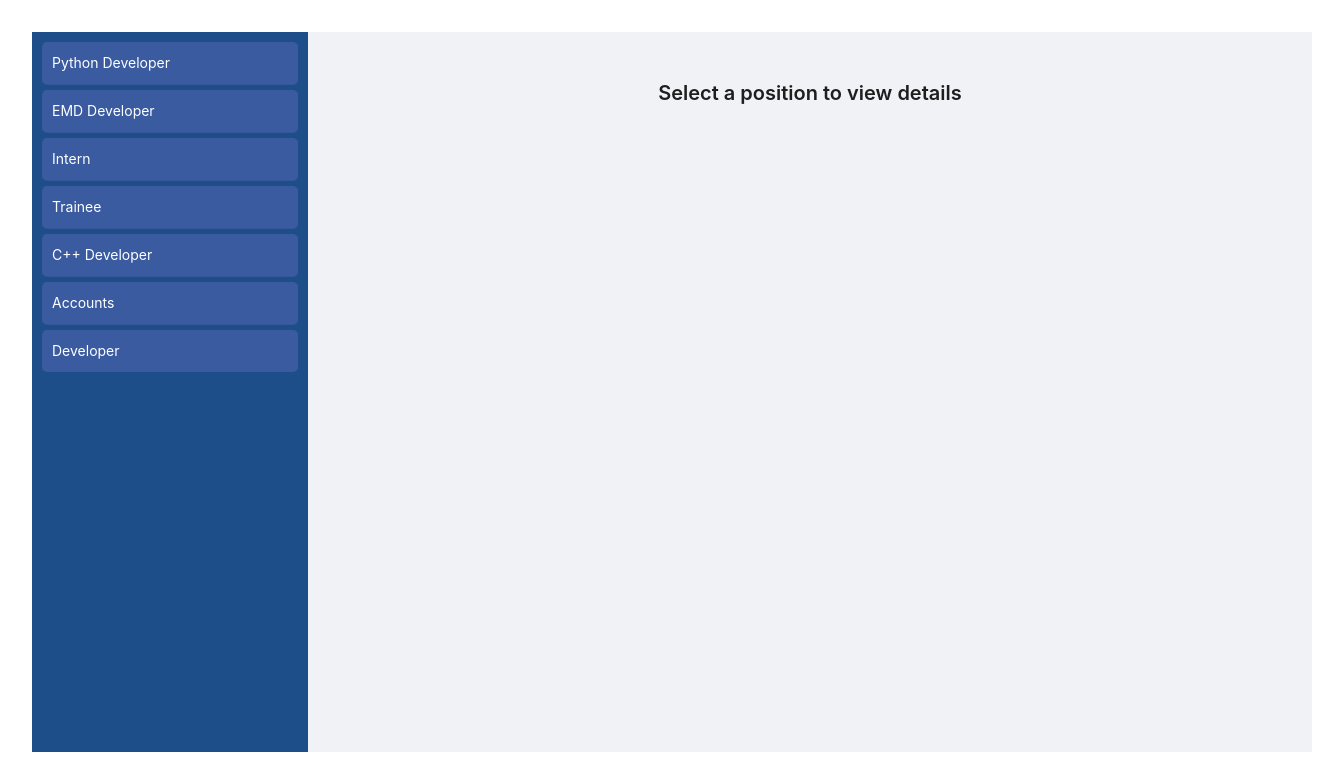
Repository: Moqueed/Delta_Iot
Page: /admin-dashboard/active-positions (app in client/)
These files come from the project's save history. The page is drawn as it stood at one moment and after the next save; the edit follows.
The browser window is 1280 px wide. The page is 1344 px wide, so the pictures cover 1344 px, including what lies to the right of the window. The pictures show the whole page.
The page's requests for data from a server got no answer. The project was rebuilt for these pictures with package versions that can differ from the ones it lists, and the page was loaded fresh each time. No one was signed in, and anything a server would have sent is missing. Also part of the build but not shown: client/vite.config.js, client/src/api/users.js, client/src/pages/Register/index.jsx, client/src/pages/Login/index.jsx, client/src/components/ProtectedRoute.jsx, client/src/pages/HR/HRDashboard.jsx, client/src/pages/Admin/AdminDashboard.jsx, client/src/pages/HR/TotalDataPage.jsx.

Above is the page before, as saved 2025-03-14 15:46:39.

### client/src/pages/Admin/ActivePositions.jsx
import React, { useEffect, useState } from "react";
import { deletePosition, fetchPositions } from "../../api/activePositions";
import { Button, Input, Typography, List, Select, Row, Col } from "antd";

const { Title } = Typography;
const { Option } = Select;

const ActivePositions = () => {
  const [positions, setPositions] = useState([
    { job_id: 1, position: "Python Developer" },
    { job_id: 2, position: "EMD Developer" },
    { job_id: 3, position: "Intern" },
    { job_id: 4, position: "Trainee" },
    { job_id: 5, position: "C++ Developer" },
    { job_id: 6, position: "Accounts" },
    { job_id: 7, position: "Developer" },
  ]);
  const [selectedPosition, setSelectedPosition] = useState(null);

  const handleDelete = async (id) => {
    try {
      await deletePosition(id);
      setPositions(positions.filter((pos) => pos.job_id !== id));
      setSelectedPosition(null);
    } catch (error) {
      console.error("Error deleting position", error);
    }
  };

  return (
    <div style={{ display: "flex", height: "100vh", width: "100vw" }}>
      {/* Left side: Positions list */}
      <div style={{ width: "20%", backgroundColor: "#1D4E89", padding: "10px" }}>
        <List
          dataSource={positions}
          renderItem={(item) => (
            <List.Item
              style={{
                backgroundColor: selectedPosition === item ? "#ffffff" : "#3a5ba0",
                color: selectedPosition === item ? "#000" : "#ffffff",
                padding: "10px",
                cursor: "pointer",
                marginBottom: "5px",
                borderRadius: "5px",
              }}
              onClick={() => setSelectedPosition(item)}
            >
              {item.position}
            </List.Item>
          )}
        />
      </div>

      {/* Right side: Position details form */}
      <div style={{ flex: 1, padding: "20px", backgroundColor: "#f0f2f5" }}>
        {selectedPosition ? (
          <>
            <Title level={3}>Position Details</Title>
            <Input addonBefore="Job ID" value={selectedPosition.job_id} disabled style={{ marginBottom: "10px" }} />
            <Input addonBefore="Position" value={selectedPosition.position} style={{ marginBottom: "10px" }} />
            <Row gutter={8} style={{ marginBottom: "10px" }}>
              <Col span={8}>
                <Input addonBefore="Department" value={selectedPosition.department} readOnly style={{ textAlign: "right" }} />
              </Col>
              <Col span={16}>
                <Select
                  style={{ width: "100%" }}
                  value={selectedPosition.department}
                  onChange={(value) => setSelectedPosition({ ...selectedPosition, department: value })}
                >
                  <Option value="IT">IT</Option>
                  <Option value="EMDB">EMDB</Option>
                  <Option value="HIGH">HIGH</Option>
                  <Option value="Financial">Financial</Option>
                  <Option value="Python">Python</Option>
                </Select>
              </Col>
            </Row>
            <Row gutter={8} style={{ marginBottom: "10px" }}>
              <Col span={8}>
                <Input addonBefore="Vacancy" value={selectedPosition.vacancy} readOnly style={{ textAlign: "right" }} />
              </Col>
              <Col span={16}>
                <Select
                  style={{ width: "100%" }}
                  value={selectedPosition.vacancy}
                  onChange={(value) => setSelectedPosition({ ...selectedPosition, vacancy: value })}
                >
                  {[...Array(100).keys()].map((num) => (
                    <Option key={num + 1} value={num + 1}>{num + 1}</Option>
                  ))}
                </Select>
              </Col>
            </Row>
            <Input addonBefore="Skills" value={selectedPosition.skills} style={{ marginBottom: "10px" }} />
            <Row gutter={8} style={{ marginBottom: "10px" }}>
              <Col span={8}>
                <Input addonBefore="Min Experience" style={{ textAlign: "right" }} />
              </Col>
              <Col span={16}>
                <Select
                  style={{ width: "100%" }}
                  value={selectedPosition.minimum_experience}
                  onChange={(value) => setSelectedPosition({ ...selectedPosition, minimum_experience: value })}
                >
                  {[...Array(11).keys()].map((num) => (
                    <Option key={num} value={num}>{num} years</Option>
                  ))}
                </Select>
              </Col>
            </Row>
            <Row gutter={8} style={{ marginBottom: "10px" }}>
              <Col span={8}>
                <Input addonBefore="Max Experience" style={{ textAlign: "right" }} />
              </Col>
              <Col span={16}>
                <Select
                  style={{ width: "100%" }}
                  value={selectedPosition.maximum_experience}
                  onChange={(value) => setSelectedPosition({ ...selectedPosition, maximum_experience: value })}
                >
                  {[...Array(11).keys()].map((num) => (
                    <Option key={num} value={num}>{num} years</Option>
                  ))}
                </Select>
              </Col>
            </Row>
            <Button type="primary" danger onClick={() => handleDelete(selectedPosition.job_id)} style={{ marginTop: "10px" }}>
              Delete
            </Button>
          </>
        ) : (
          <Title level={4}>Select a position to view details</Title>
        )}
      </div>
    </div>
  );
};

export default ActivePositions;

Loaded but not shown: client/index.html (common file); client/src/main.jsx (common file); client/src/index.css (common file); client/src/App.css (common file); client/src/api/activePositions.js (45 lines, source omitted); client/src/api/index.js (19 lines, source omitted); client/src/App.jsx (41 lines, source omitted)

After the next save:
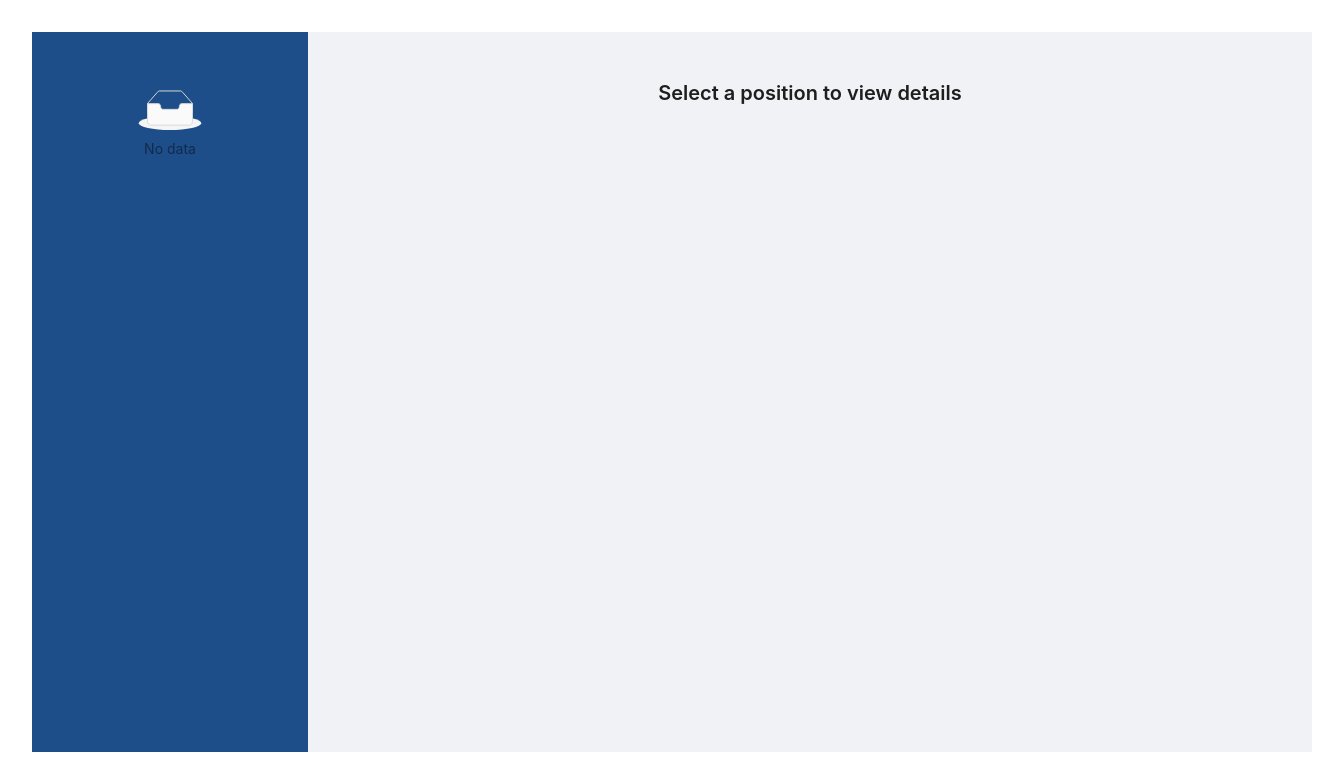
Saved 4 min 30 s later.
--- a/client/src/pages/Admin/ActivePositions.jsx
+++ b/client/src/pages/Admin/ActivePositions.jsx
@@ -1,31 +1,61 @@
 import React, { useEffect, useState } from "react";
-import { deletePosition, fetchPositions } from "../../api/activePositions";
-import { Button, Input, Typography, List, Select, Row, Col } from "antd";
+import { fetchPositions, deletePosition, updatePosition } from "../../api/activePositions";
+import { Button, Input, Typography, List, Select, Row, Col, message, Spin } from "antd";
 
 const { Title } = Typography;
 const { Option } = Select;
 
 const ActivePositions = () => {
-  const [positions, setPositions] = useState([
-    { job_id: 1, position: "Python Developer" },
-    { job_id: 2, position: "EMD Developer" },
-    { job_id: 3, position: "Intern" },
-    { job_id: 4, position: "Trainee" },
-    { job_id: 5, position: "C++ Developer" },
-    { job_id: 6, position: "Accounts" },
-    { job_id: 7, position: "Developer" },
-  ]);
+  const [positions, setPositions] = useState([]);
   const [selectedPosition, setSelectedPosition] = useState(null);
+  const [loading, setLoading] = useState(true);
+  const [saving, setSaving] = useState(false);
 
+  // Fetch positions from the backend
+  useEffect(() => {
+    const loadPositions = async () => {
+      try {
+        const data = await fetchPositions();
+        setPositions(data);
+      } catch (error) {
+        message.error("Failed to load positions.");
+      } finally {
+        setLoading(false);
+      }
+    };
+    loadPositions();
+  }, []);
+
+  // Handle position deletion
   const handleDelete = async (id) => {
     try {
       await deletePosition(id);
       setPositions(positions.filter((pos) => pos.job_id !== id));
       setSelectedPosition(null);
+      message.success("Position deleted successfully!");
     } catch (error) {
-      console.error("Error deleting position", error);
+      message.error("Error deleting position");
     }
   };
+
+  // Handle position update
+  const handleSave = async () => {
+    if (!selectedPosition) return;
+
+    setSaving(true);
+    try {
+      await updatePosition(selectedPosition.job_id, selectedPosition);
+      const updatedList = positions.map((pos) => (pos.job_id === selectedPosition.job_id ? selectedPosition : pos));
+      setPositions(updatedList);
+      message.success("Position updated successfully!");
+    } catch (error) {
+      message.error("Error updating position");
+    } finally {
+      setSaving(false);
+    }
+  };
+
+  if (loading) return <Spin tip="Loading positions..." style={{ width: "100%", marginTop: "20%" }} />;
 
   return (
     <div style={{ display: "flex", height: "100vh", width: "100vw" }}>
@@ -36,8 +66,8 @@
           renderItem={(item) => (
             <List.Item
               style={{
-                backgroundColor: selectedPosition === item ? "#ffffff" : "#3a5ba0",
-                color: selectedPosition === item ? "#000" : "#ffffff",
+                backgroundColor: selectedPosition?.job_id === item.job_id ? "#ffffff" : "#3a5ba0",
+                color: selectedPosition?.job_id === item.job_id ? "#000" : "#ffffff",
                 padding: "10px",
                 cursor: "pointer",
                 marginBottom: "5px",
@@ -57,7 +87,12 @@
           <>
             <Title level={3}>Position Details</Title>
             <Input addonBefore="Job ID" value={selectedPosition.job_id} disabled style={{ marginBottom: "10px" }} />
-            <Input addonBefore="Position" value={selectedPosition.position} style={{ marginBottom: "10px" }} />
+            <Input
+              addonBefore="Position"
+              value={selectedPosition.position}
+              onChange={(e) => setSelectedPosition({ ...selectedPosition, position: e.target.value })}
+              style={{ marginBottom: "10px" }}
+            />
             <Row gutter={8} style={{ marginBottom: "10px" }}>
               <Col span={8}>
                 <Input addonBefore="Department" value={selectedPosition.department} readOnly style={{ textAlign: "right" }} />
@@ -76,23 +111,14 @@
                 </Select>
               </Col>
             </Row>
-            <Row gutter={8} style={{ marginBottom: "10px" }}>
-              <Col span={8}>
-                <Input addonBefore="Vacancy" value={selectedPosition.vacancy} readOnly style={{ textAlign: "right" }} />
-              </Col>
-              <Col span={16}>
-                <Select
-                  style={{ width: "100%" }}
-                  value={selectedPosition.vacancy}
-                  onChange={(value) => setSelectedPosition({ ...selectedPosition, vacancy: value })}
-                >
-                  {[...Array(100).keys()].map((num) => (
-                    <Option key={num + 1} value={num + 1}>{num + 1}</Option>
-                  ))}
-                </Select>
-              </Col>
-            </Row>
-            <Input addonBefore="Skills" value={selectedPosition.skills} style={{ marginBottom: "10px" }} />
+
+            <Input
+              addonBefore="Skills"
+              value={selectedPosition.skills}
+              onChange={(e) => setSelectedPosition({ ...selectedPosition, skills: e.target.value })}
+              style={{ marginBottom: "10px" }}
+            />
+
             <Row gutter={8} style={{ marginBottom: "10px" }}>
               <Col span={8}>
                 <Input addonBefore="Min Experience" style={{ textAlign: "right" }} />
@@ -104,11 +130,14 @@
                   onChange={(value) => setSelectedPosition({ ...selectedPosition, minimum_experience: value })}
                 >
                   {[...Array(11).keys()].map((num) => (
-                    <Option key={num} value={num}>{num} years</Option>
+                    <Option key={num} value={num}>
+                      {num} years
+                    </Option>
                   ))}
                 </Select>
               </Col>
             </Row>
+
             <Row gutter={8} style={{ marginBottom: "10px" }}>
               <Col span={8}>
                 <Input addonBefore="Max Experience" style={{ textAlign: "right" }} />
@@ -120,11 +149,17 @@
                   onChange={(value) => setSelectedPosition({ ...selectedPosition, maximum_experience: value })}
                 >
                   {[...Array(11).keys()].map((num) => (
-                    <Option key={num} value={num}>{num} years</Option>
+                    <Option key={num} value={num}>
+                      {num} years
+                    </Option>
                   ))}
                 </Select>
               </Col>
             </Row>
+
+            <Button type="primary" onClick={handleSave} loading={saving} style={{ marginRight: "10px" }}>
+              Save Changes
+            </Button>
             <Button type="primary" danger onClick={() => handleDelete(selectedPosition.job_id)} style={{ marginTop: "10px" }}>
               Delete
             </Button>

After the save that followed:
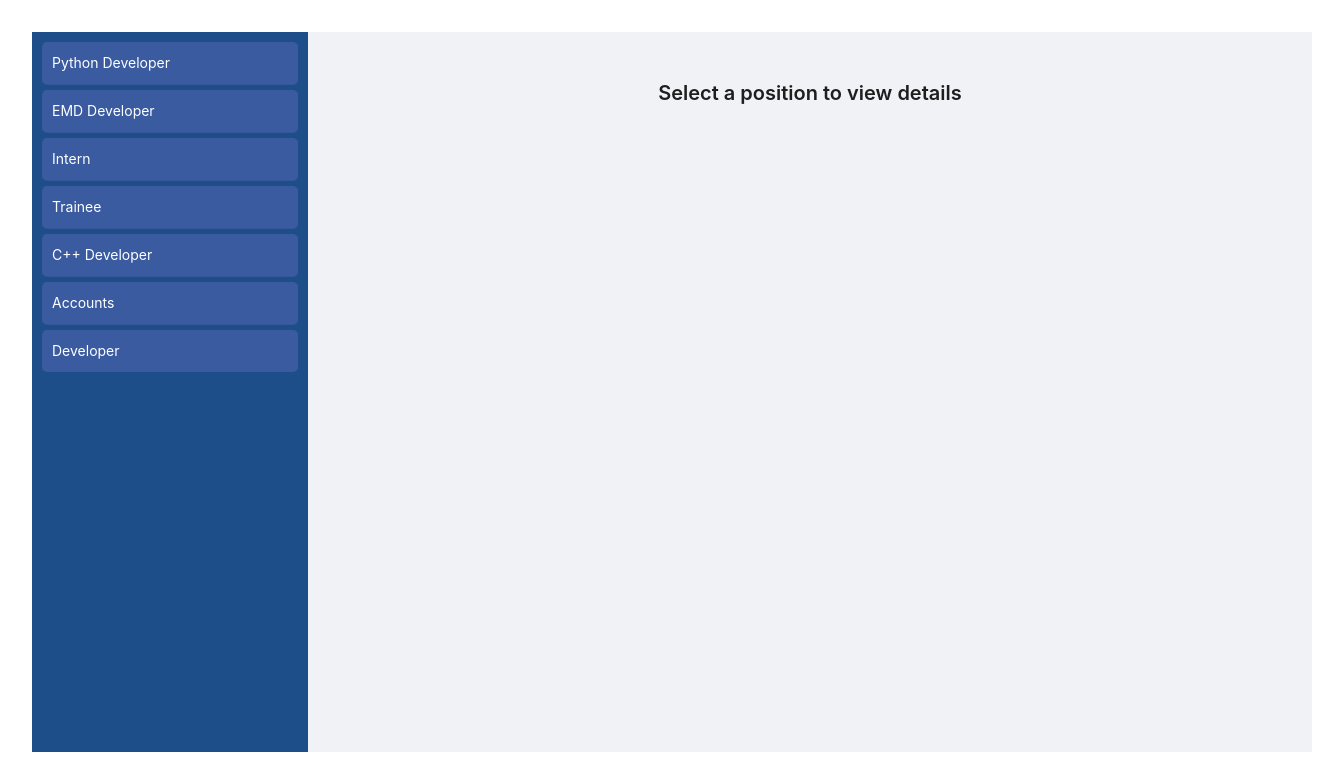
Saved 9 min 11 s later.
--- a/client/src/pages/Admin/ActivePositions.jsx
+++ b/client/src/pages/Admin/ActivePositions.jsx
@@ -1,61 +1,31 @@
 import React, { useEffect, useState } from "react";
-import { fetchPositions, deletePosition, updatePosition } from "../../api/activePositions";
-import { Button, Input, Typography, List, Select, Row, Col, message, Spin } from "antd";
+import { deletePosition, fetchPositions } from "../../api/activePositions";
+import { Button, Input, Typography, List, Select, Row, Col } from "antd";
 
 const { Title } = Typography;
 const { Option } = Select;
 
 const ActivePositions = () => {
-  const [positions, setPositions] = useState([]);
+  const [positions, setPositions] = useState([
+    { job_id: 1, position: "Python Developer" },
+    { job_id: 2, position: "EMD Developer" },
+    { job_id: 3, position: "Intern" },
+    { job_id: 4, position: "Trainee" },
+    { job_id: 5, position: "C++ Developer" },
+    { job_id: 6, position: "Accounts" },
+    { job_id: 7, position: "Developer" },
+  ]);
   const [selectedPosition, setSelectedPosition] = useState(null);
-  const [loading, setLoading] = useState(true);
-  const [saving, setSaving] = useState(false);
 
-  // Fetch positions from the backend
-  useEffect(() => {
-    const loadPositions = async () => {
-      try {
-        const data = await fetchPositions();
-        setPositions(data);
-      } catch (error) {
-        message.error("Failed to load positions.");
-      } finally {
-        setLoading(false);
-      }
-    };
-    loadPositions();
-  }, []);
-
-  // Handle position deletion
   const handleDelete = async (id) => {
     try {
       await deletePosition(id);
       setPositions(positions.filter((pos) => pos.job_id !== id));
       setSelectedPosition(null);
-      message.success("Position deleted successfully!");
     } catch (error) {
-      message.error("Error deleting position");
+      console.error("Error deleting position", error);
     }
   };
-
-  // Handle position update
-  const handleSave = async () => {
-    if (!selectedPosition) return;
-
-    setSaving(true);
-    try {
-      await updatePosition(selectedPosition.job_id, selectedPosition);
-      const updatedList = positions.map((pos) => (pos.job_id === selectedPosition.job_id ? selectedPosition : pos));
-      setPositions(updatedList);
-      message.success("Position updated successfully!");
-    } catch (error) {
-      message.error("Error updating position");
-    } finally {
-      setSaving(false);
-    }
-  };
-
-  if (loading) return <Spin tip="Loading positions..." style={{ width: "100%", marginTop: "20%" }} />;
 
   return (
     <div style={{ display: "flex", height: "100vh", width: "100vw" }}>
@@ -66,8 +36,8 @@
           renderItem={(item) => (
             <List.Item
               style={{
-                backgroundColor: selectedPosition?.job_id === item.job_id ? "#ffffff" : "#3a5ba0",
-                color: selectedPosition?.job_id === item.job_id ? "#000" : "#ffffff",
+                backgroundColor: selectedPosition === item ? "#ffffff" : "#3a5ba0",
+                color: selectedPosition === item ? "#000" : "#ffffff",
                 padding: "10px",
                 cursor: "pointer",
                 marginBottom: "5px",
@@ -87,12 +57,7 @@
           <>
             <Title level={3}>Position Details</Title>
             <Input addonBefore="Job ID" value={selectedPosition.job_id} disabled style={{ marginBottom: "10px" }} />
-            <Input
-              addonBefore="Position"
-              value={selectedPosition.position}
-              onChange={(e) => setSelectedPosition({ ...selectedPosition, position: e.target.value })}
-              style={{ marginBottom: "10px" }}
-            />
+            <Input addonBefore="Position" value={selectedPosition.position} style={{ marginBottom: "10px" }} />
             <Row gutter={8} style={{ marginBottom: "10px" }}>
               <Col span={8}>
                 <Input addonBefore="Department" value={selectedPosition.department} readOnly style={{ textAlign: "right" }} />
@@ -111,14 +76,23 @@
                 </Select>
               </Col>
             </Row>
-
-            <Input
-              addonBefore="Skills"
-              value={selectedPosition.skills}
-              onChange={(e) => setSelectedPosition({ ...selectedPosition, skills: e.target.value })}
-              style={{ marginBottom: "10px" }}
-            />
-
+            <Row gutter={8} style={{ marginBottom: "10px" }}>
+              <Col span={8}>
+                <Input addonBefore="Vacancy" value={selectedPosition.vacancy} readOnly style={{ textAlign: "right" }} />
+              </Col>
+              <Col span={16}>
+                <Select
+                  style={{ width: "100%" }}
+                  value={selectedPosition.vacancy}
+                  onChange={(value) => setSelectedPosition({ ...selectedPosition, vacancy: value })}
+                >
+                  {[...Array(100).keys()].map((num) => (
+                    <Option key={num + 1} value={num + 1}>{num + 1}</Option>
+                  ))}
+                </Select>
+              </Col>
+            </Row>
+            <Input addonBefore="Skills" value={selectedPosition.skills} style={{ marginBottom: "10px" }} />
             <Row gutter={8} style={{ marginBottom: "10px" }}>
               <Col span={8}>
                 <Input addonBefore="Min Experience" style={{ textAlign: "right" }} />
@@ -130,14 +104,11 @@
                   onChange={(value) => setSelectedPosition({ ...selectedPosition, minimum_experience: value })}
                 >
                   {[...Array(11).keys()].map((num) => (
-                    <Option key={num} value={num}>
-                      {num} years
-                    </Option>
+                    <Option key={num} value={num}>{num} years</Option>
                   ))}
                 </Select>
               </Col>
             </Row>
-
             <Row gutter={8} style={{ marginBottom: "10px" }}>
               <Col span={8}>
                 <Input addonBefore="Max Experience" style={{ textAlign: "right" }} />
@@ -149,17 +120,11 @@
                   onChange={(value) => setSelectedPosition({ ...selectedPosition, maximum_experience: value })}
                 >
                   {[...Array(11).keys()].map((num) => (
-                    <Option key={num} value={num}>
-                      {num} years
-                    </Option>
+                    <Option key={num} value={num}>{num} years</Option>
                   ))}
                 </Select>
               </Col>
             </Row>
-
-            <Button type="primary" onClick={handleSave} loading={saving} style={{ marginRight: "10px" }}>
-              Save Changes
-            </Button>
             <Button type="primary" danger onClick={() => handleDelete(selectedPosition.job_id)} style={{ marginTop: "10px" }}>
               Delete
             </Button>
